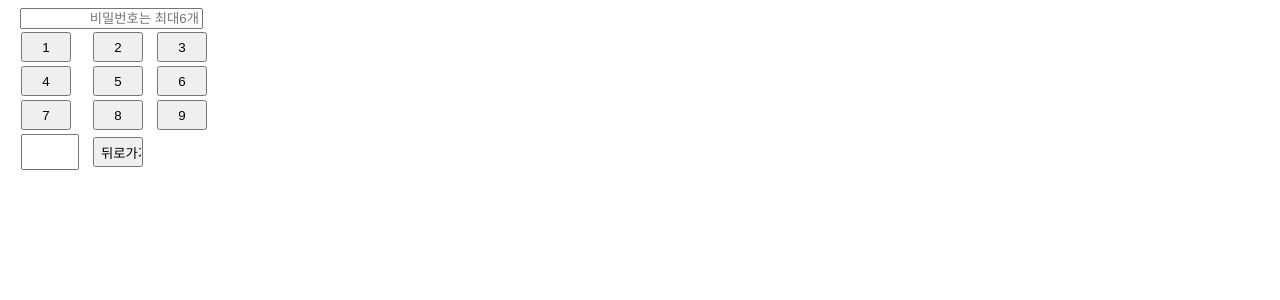
Repository: JungYOsup/Mini_project
Page: http://localhost/EsCape_Room/result_form.jsp
These files come from the project's save history. The page is drawn as it stood at one moment and after the next save; the edit follows.
The browser window is 1280 px wide. The pictures show the whole page.
The page is served by Tomcat 9.

Above is the page before, as saved 2018-01-16 07:37:01.

After the next save:
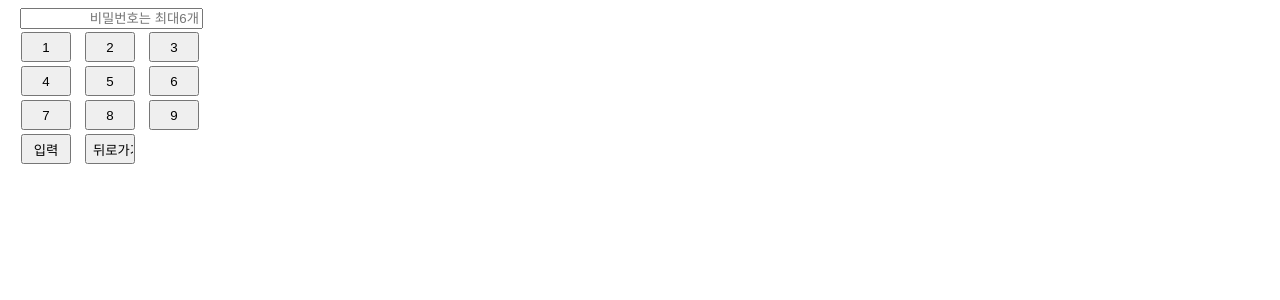
Saved 8 s later.
--- a/EsCape_Room/WebContent/result_form.jsp
+++ b/EsCape_Room/WebContent/result_form.jsp
@@ -79,7 +79,7 @@ table input{
 		</tr>
 
 		<tr>
-			<td><input type=""></td>
+			<td><input type="submit" value="입력"></td>
 			<td><input type="button" value="뒤로가기"></td>
 		</tr>
 
